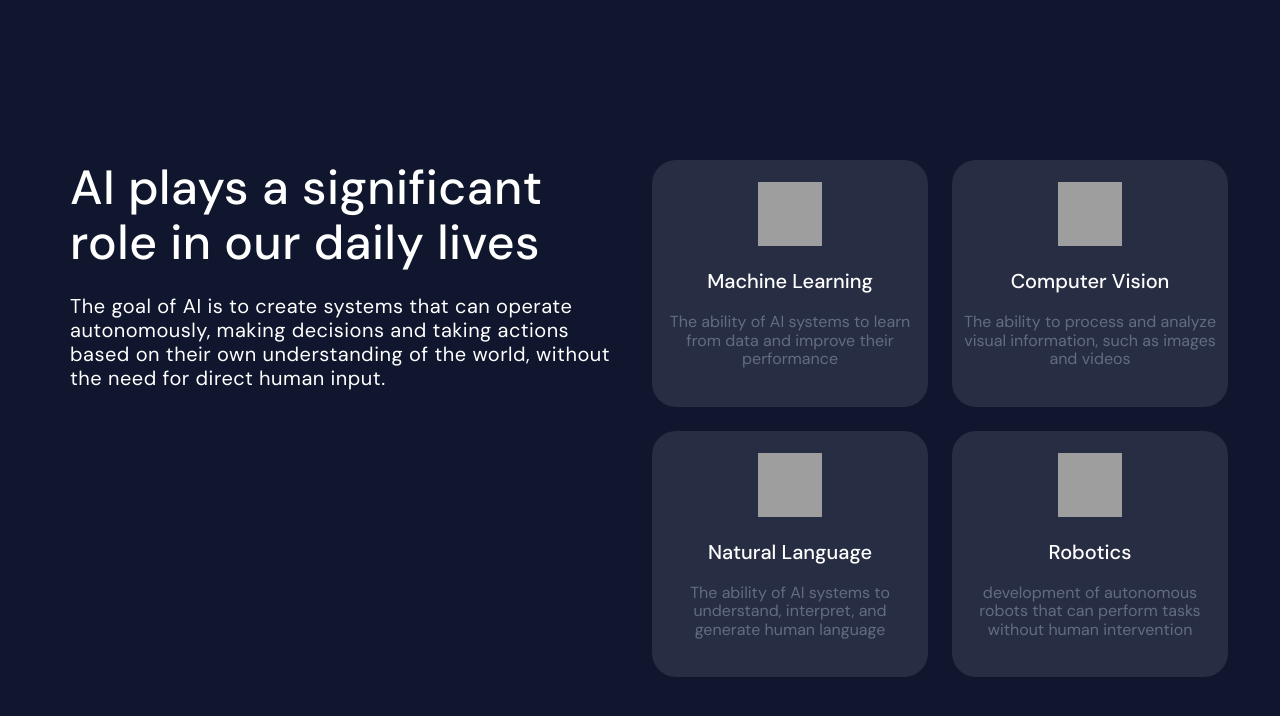
Repository: guli95/four-areas-of-AI-INVO-ACAdemy
Page: /
An editor plug-in stored every save of this project. The page is shown before and after the next save, followed by the edit.
The browser window is 1280 px wide. The pictures show the whole page.
Pictures or frames that could not be fetched are drawn as grey boxes. The project was rebuilt for these pictures with package versions that can differ from the ones it lists, and the page was loaded fresh each time.

Above is the page before, as saved 2023-03-13 15:12:19.

### index.html
<!DOCTYPE html>
<html lang="en">

<head>
  <meta charset="UTF-8" />
  <link rel="icon" type="image/svg+xml" href="/vite.svg" />
  <meta name="viewport" content="width=device-width, initial-scale=1.0" />
  <title>Four AI areas</title>
</head>

<!-- In order to start your challenge, remove all the content inside <div id="home-page"></div> and start coding :) -->

<body>
  <div id="home-page">
    <div class="flexbox-container">
      <div class="heading-wrapper">
        <h1 class="heading-title">AI plays a significant role in our daily lives</h1>
        <p class="heading-text">The goal of AI is to create systems that can operate autonomously, making decisions and taking actions based on their own understanding of the world, without the need for direct human input.</p>
      </div>
      <div class="card-container">
        <a href="" class="card-link">
        <div class="card">
          <img src="./public/images/card-icon1.png" alt="" class="card-img" role="presentation">
          <h3 class="card-title">Machine Learning</h3>
          <p class="card-text">The ability of AI systems to learn from data and improve their performance</p>
        </div>
        </a>
        <a href="" class="card-link">
        <div class="card">
          <img src="./public/images/card-icon2.png" alt="" class="card-img" role="presentation">
          <h3 class="card-title">Computer Vision</h3>
          <p class="card-text">The ability to process and analyze visual information, such as images and videos</p>
        </div>
        </a>
        <a href="" class="card-link">
        <div class="card">
          <img src="./public/images/card-icon3.png" alt="" class="card-img" role="presentation">
          <h3 class="card-title">Natural Language</h3>
          <p class="card-text">The ability of AI systems to understand, interpret, and generate human language</p>
        </div>
        </a>
        <a href="" class="card-link">
        <div class="card">
          <img src="./public/images/card-icon4.png" alt="" class="card-img" role="presentation">
          <h3 class="card-title">Robotics</h3>
          <p class="card-text">development of autonomous robots that can perform tasks without human intervention</p>
        </div>
        </a>
      </div>
    </div>
  </div>

  <script type="module" src="/src/global-scripts/main.js"></script>
</body>

</html>

### src/global-scripts/main.js
/// Main JavaScript File
/// Here we import all the global JavaScript files we need for our project.

import "../global-styles/style.scss";
import "../../src/pages/home-page/styles/home-page.scss";

### src/global-styles/style.scss
/// Main Styles File
/// Here we import all the global Styles files we need for our project.

@import "styles/normalize.scss";
@import "styles/root.scss";
@import "styles/fonts.scss";

body {
  font-family: 'DS sans', sans-serif;
  color: var(--color-primary);
}

p {
  color: var(--color-on-surface);
}

### src/pages/home-page/styles/home-page.scss
/// Homepage Styles File
/// Here we import all the Styles files we need for our Homepage.
@import '../../../global-styles/styles/_root.scss';

#home-page{
    color: var(--color-white);
    font-family: 'DM Sans',sans-serif;
    height: 100%;

 .flexbox-container{
    max-width: 1580px;
    padding: 0 20px;
    display: flex;
    justify-content: center;
    margin: 160px auto 0 auto;
    @media screen and (max-width:1024px) {
        flex-direction:column;
        align-items: center;
        gap:24px;
    }
    @media screen and (max-width:480px) {
        padding: 48px 16px;
    }
    .heading-wrapper{
        font-family: "DM Sans", sans-serif;
        text-align: left ;
        letter-spacing: 0.5px;
        vertical-align: top;
        max-width: 570px;
        padding-left: 50px;
        @media screen and (max-width:1024px) {
            width: 100%;
            padding: 0 16px;
        }
        .heading-title{
            font-size: var(--text-xl);
            font-weight: 500;
            line-height: 115%;
            margin: 0 0 24px 0;
            @media screen and (max-width:1024px) {
                margin-bottom: 16px;
            }
            @media screen and (max-width:1024px) {
                font-size: var(--text-l);
            }
        }
        .heading-text{
            font-size: var(--text-m);
            line-height: 24px;
            font-weight: 300;

        }
        @media screen and (max-width:480px) {
            font-size: var(--text-s);
        }
    }
    .card-container{
        display: flex;
        justify-content: center;
        flex-wrap: wrap;
        gap: 24px;
        max-width: 640px;
        @media screen and (max-width:1024px) {
            width: 100%;
            gap:16px;
        }
        .card-link{
            display: flex;
            color: var(--color-white);
            text-decoration: none;
            flex-direction: column;
            justify-content: space-around;
            align-items: center;
            width: 40%;
            padding: 22px 10px;
            background-color:var(--color-secondary-grey);
            text-align: center;
            border-radius: var(--rounding-big);
            transition: .2s;
            &:hover{
                background-color: lighten($color: #272D42, $amount: 10) ;
            }
            @media screen and (max-width:480px) {
                width: 100%;
            }
            .card-img{
                width: 64px;
                height: 64px;
                @media screen and (max-width:1024px) {
                    width: 56px;
                    height: 56px;
                }
            }
            .card-title{
                font-size: var(--text-m);
                font-weight: 500;
            }
            .card-text{
                font-size: var(--text-s);
                mix-blend-mode:soft-light;
                @media screen and (max-width:1024px) {
                    font-size: var(--text-xs);
                }
            }
        }

    }
}

}

### src/global-styles/styles/normalize.scss
/*! normalize.css v8.0.1 | MIT License | github.com/necolas/normalize.css */

/* Document
   ========================================================================== */

/**
 * 1. Correct the line height in all browsers.
 * 2. Prevent adjustments of font size after orientation changes in iOS.
 */

html {
  line-height: 1.15; /* 1 */
  -webkit-text-size-adjust: 100%; /* 2 */
  background-color: var(--color-primary-dark-blue);
}

/* Sections
   ========================================================================== */

/**
 * Remove the margin in all browsers.
 */

body {
  margin: 0;
}

/**
 * Render the `main` element consistently in IE.
 */

main {
  display: block;
}

/**
 * Correct the font size and margin on `h1` elements within `section` and
 * `article` contexts in Chrome, Firefox, and Safari.
 */

h1 {
  font-size: 2em;
  margin: 0.67em 0;
}

/* Grouping content
   ========================================================================== */

/**
 * 1. Add the correct box sizing in Firefox.
 * 2. Show the overflow in Edge and IE.
 */

hr {
  box-sizing: content-box; /* 1 */
  height: 0; /* 1 */
  overflow: visible; /* 2 */
}

/**
 * 1. Correct the inheritance and scaling of font size in all browsers.
 * 2. Correct the odd `em` font sizing in all browsers.
 */

pre {
  font-family: monospace, monospace; /* 1 */
  font-size: 1em; /* 2 */
}

/* Text-level semantics
   ========================================================================== */

/**
 * Remove the gray background on active links in IE 10.
 */

a {
  background-color: transparent;
}

/**
 * 1. Remove the bottom border in Chrome 57-
 * 2. Add the correct text decoration in Chrome, Edge, IE, Opera, and Safari.
 */

abbr[title] {
  border-bottom: none; /* 1 */
  text-decoration: underline; /* 2 */
  text-decoration: underline dotted; /* 2 */
}

/**
 * Add the correct font weight in Chrome, Edge, and Safari.
 */

b,
strong {
  font-weight: bolder;
}

/**
 * 1. Correct the inheritance and scaling of font size in all browsers.
 * 2. Correct the odd `em` font sizing in all browsers.
 */

code,
kbd,
samp {
  font-family: monospace, monospace; /* 1 */
  font-size: 1em; /* 2 */
}

/**
 * Add the correct font size in all browsers.
 */

small {
  font-size: 80%;
}

/**
 * Prevent `sub` and `sup` elements from affecting the line height in
 * all browsers.
 */

sub,
sup {
  font-size: 75%;
  line-height: 0;
  position: relative;
  vertical-align: baseline;
}

sub {
  bottom: -0.25em;
}

sup {
  top: -0.5em;
}

/* Embedded content
   ========================================================================== */

/**
 * Remove the border on images inside links in IE 10.
 */

img {
  border-style: none;
}

/* Forms
   ========================================================================== */

/**
 * 1. Change the font styles in all browsers.
 * 2. Remove the margin in Firefox and Safari.
 */

button,
input,
optgroup,
select,
textarea {
  font-family: inherit; /* 1 */
  font-size: 100%; /* 1 */
  line-height: 1.15; /* 1 */
  margin: 0; /* 2 */
}

/**
 * Show the overflow in IE.
 * 1. Show the overflow in Edge.
 */

button,
input { /* 1 */
  overflow: visible;
}

/**
 * Remove the inheritance of text transform in Edge, Firefox, and IE.
 * 1. Remove the inheritance of text transform in Firefox.
 */

button,
select { /* 1 */
  text-transform: none;
}

/**
 * Correct the inability to style clickable types in iOS and Safari.
 */

button,
[type="button"],
[type="reset"],
[type="submit"] {
  -webkit-appearance: button;
}

/**
 * Remove the inner border and padding in Firefox.
 */

button::-moz-focus-inner,
[type="button"]::-moz-focus-inner,
[type="reset"]::-moz-focus-inner,
[type="submit"]::-moz-focus-inner {
  border-style: none;
  padding: 0;
}

/**
 * Restore the focus styles unset by the previous rule.
 */

button:-moz-focusring,
[type="button"]:-moz-focusring,
[type="reset"]:-moz-focusring,
[type="submit"]:-moz-focusring {
  outline: 1px dotted ButtonText;
}

/**
 * Correct the padding in Firefox.
 */

fieldset {
  padding: 0.35em 0.75em 0.625em;
}

/**
 * 1. Correct the text wrapping in Edge and IE.
 * 2. Correct the color inheritance from `fieldset` elements in IE.
 * 3. Remove the padding so developers are not caught out when they zero out
 *    `fieldset` elements in all browsers.
 */

legend {
  box-sizing: border-box; /* 1 */
  color: inherit; /* 2 */
  display: table; /* 1 */
  max-width: 100%; /* 1 */
  padding: 0; /* 3 */
  white-space: normal; /* 1 */
}

/**
 * Add the correct vertical alignment in Chrome, Firefox, and Opera.
 */

progress {
  vertical-align: baseline;
}

/**
 * Remove the default vertical scrollbar in IE 10+.
 */

textarea {
  overflow: auto;
}

/**
 * 1. Add the correct box sizing in IE 10.
 * 2. Remove the padding in IE 10.
 */

[type="checkbox"],
[type="radio"] {
  box-sizing: border-box; /* 1 */
  padding: 0; /* 2 */
}

/**
 * Correct the cursor style of increment and decrement buttons in Chrome.
 */

[type="number"]::-webkit-inner-spin-button,
[type="number"]::-webkit-outer-spin-button {
  height: auto;
}

/**
 * 1. Correct the odd appearance in Chrome and Safari.
 * 2. Correct the outline style in Safari.
 */

[type="search"] {
  -webkit-appearance: textfield; /* 1 */
  outline-offset: -2px; /* 2 */
}

/**
 * Remove the inner padding in Chrome and Safari on macOS.
 */

[type="search"]::-webkit-search-decoration {
  -webkit-appearance: none;
}

/**
 * 1. Correct the inability to style clickable types in iOS and Safari.
 * 2. Change font properties to `inherit` in Safari.
 */

::-webkit-file-upload-button {
  -webkit-appearance: button; /* 1 */
  font: inherit; /* 2 */
}

/* Interactive
   ========================================================================== */

/*
 * Add the correct display in Edge, IE 10+, and Firefox.
 */

details {
  display: block;
}

/*
 * Add the correct display in all browsers.
 */

summary {
  display: list-item;
}

/* Misc
   ========================================================================== */

/**
 * Add the correct display in IE 10+.
 */

template {
  display: none;
}

/**
 * Add the correct display in IE 10.
 */

[hidden] {
  display: none;
}

### src/global-styles/styles/root.scss
/// Root Styles file
/// Here we define all the root variables we need for our project.
/// For examples see Material Design color system: https://m2.material.io/design/color/the-color-system.html

:root {
    $--color-primary-dark-blue: #0F162D !global;
    --color-primary-pink: #CA59FF;
    --color-primary-purple: #6C7CFF;
    --color-primary-green: #2AFFFF;
    --color-primary-yellow: #FFF629;
    --color-white: #FFFFFF;
    --color-black: #000;
    --color-secondary-grey:#272D42;

}

### src/global-styles/styles/fonts.scss
/// Main Fonts File
/// Here we import all the fonts files we need for our project.

@import url('https://fonts.googleapis.com/css2?family=Roboto:ital,wght@0,100;0,300;0,400;0,500;0,700;0,900;1,100;1,300;1,400;1,500;1,700;1,900&display=swap');
@import url('https://fonts.googleapis.com/css2?family=DM+Sans:wght@400;500&display=swap');

### src/global-styles/styles/_root.scss
/// Root Styles file
/// Here we define all the root variables we need for our project.
/// For examples see Material Design color system: https://m2.material.io/design/color/the-color-system.html

:root {
    //colors
    --color-primary-dark-blue: #0F162D ;
    --color-primary-pink: #CA59FF;
    --color-primary-purple: #6C7CFF;
    --color-primary-green: #2AFFFF;
    --color-primary-yellow: #FFF629;
    --color-white: #FFFFFF;
    --color-black: #000;
    --color-secondary-grey:#272D42;

    //font-size
    --text-xl:48px;
    --text-l:32px;
    --text-m:20px;
    --text-s:16px;
    --text-xs:14px;

    //rounding
    --rounding-big:24px;
    --rounding-small:16px;
}

After the next save:
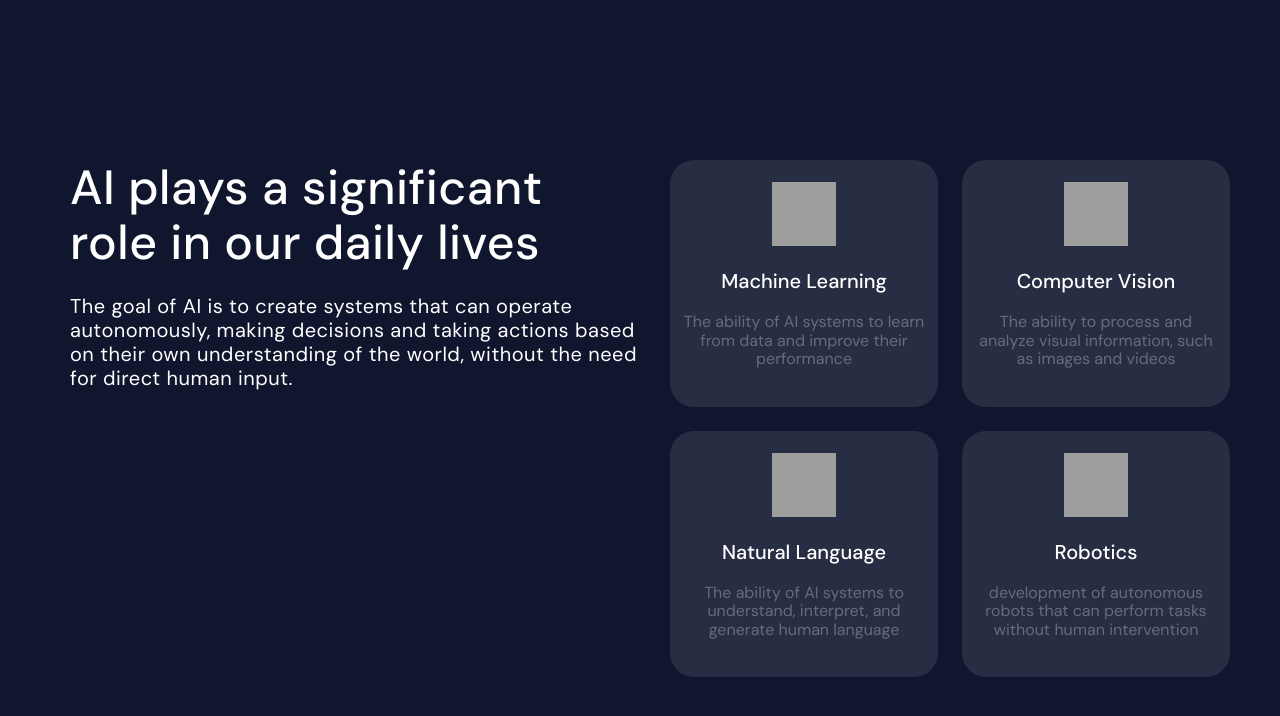
Saved 16 s later.
--- a/src/pages/home-page/styles/home-page.scss
+++ b/src/pages/home-page/styles/home-page.scss
@@ -59,7 +59,7 @@
         justify-content: center;
         flex-wrap: wrap;
         gap: 24px;
-        max-width: 640px;
+        max-width: 620px;
         @media screen and (max-width:1024px) {
             width: 100%;
             gap:16px;
